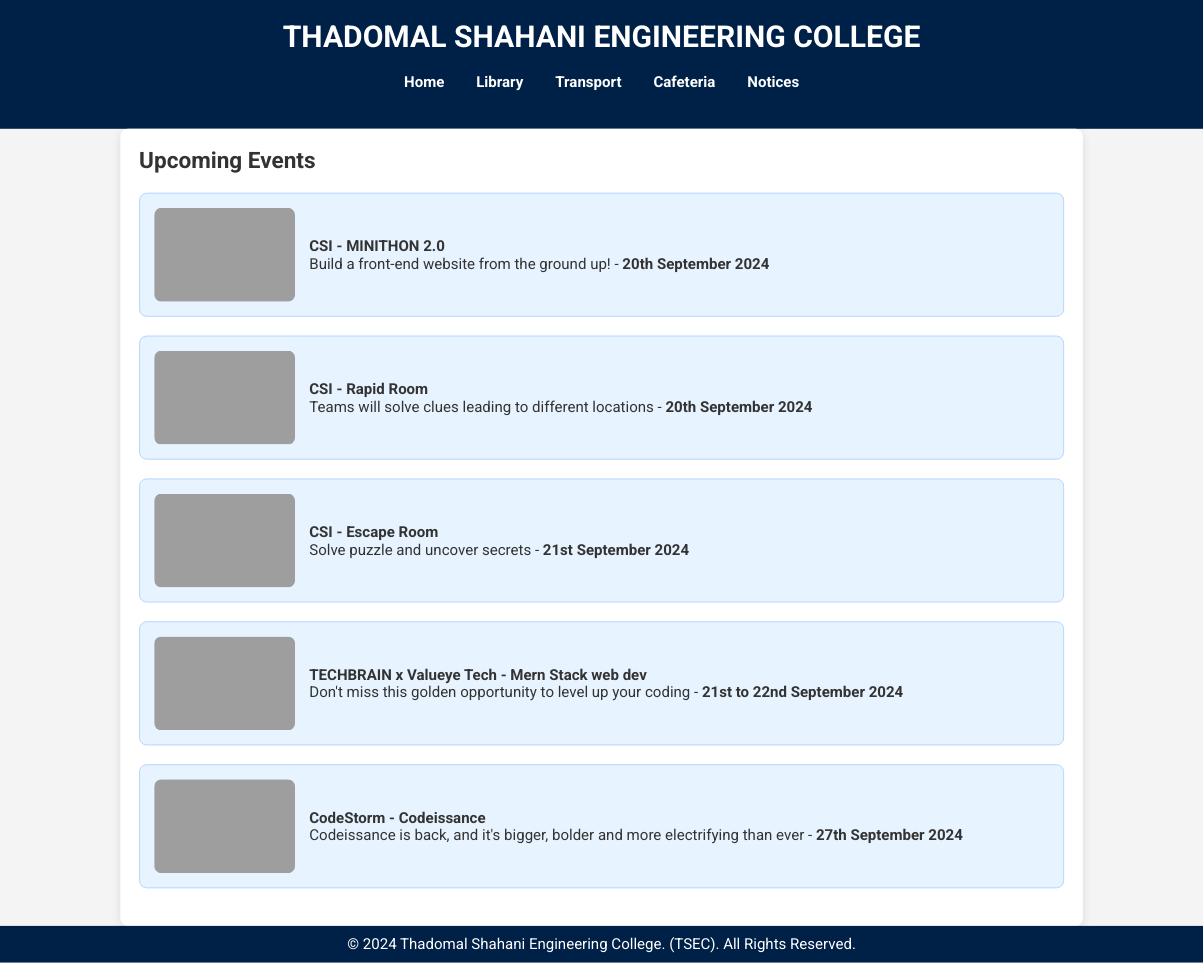
Repository: TejasS1233/MINITHON-hackathon-project
Page: Event.html
An editor plug-in stored every save of this project. The page is shown before and after the next save, followed by the edit.
The browser window is 1280 px wide. The pictures show the whole page, at 94% of full size.
Pictures or frames that could not be fetched are drawn as grey boxes.

Above is the page before, as saved 2024-09-20 10:46:59.

After the next save:
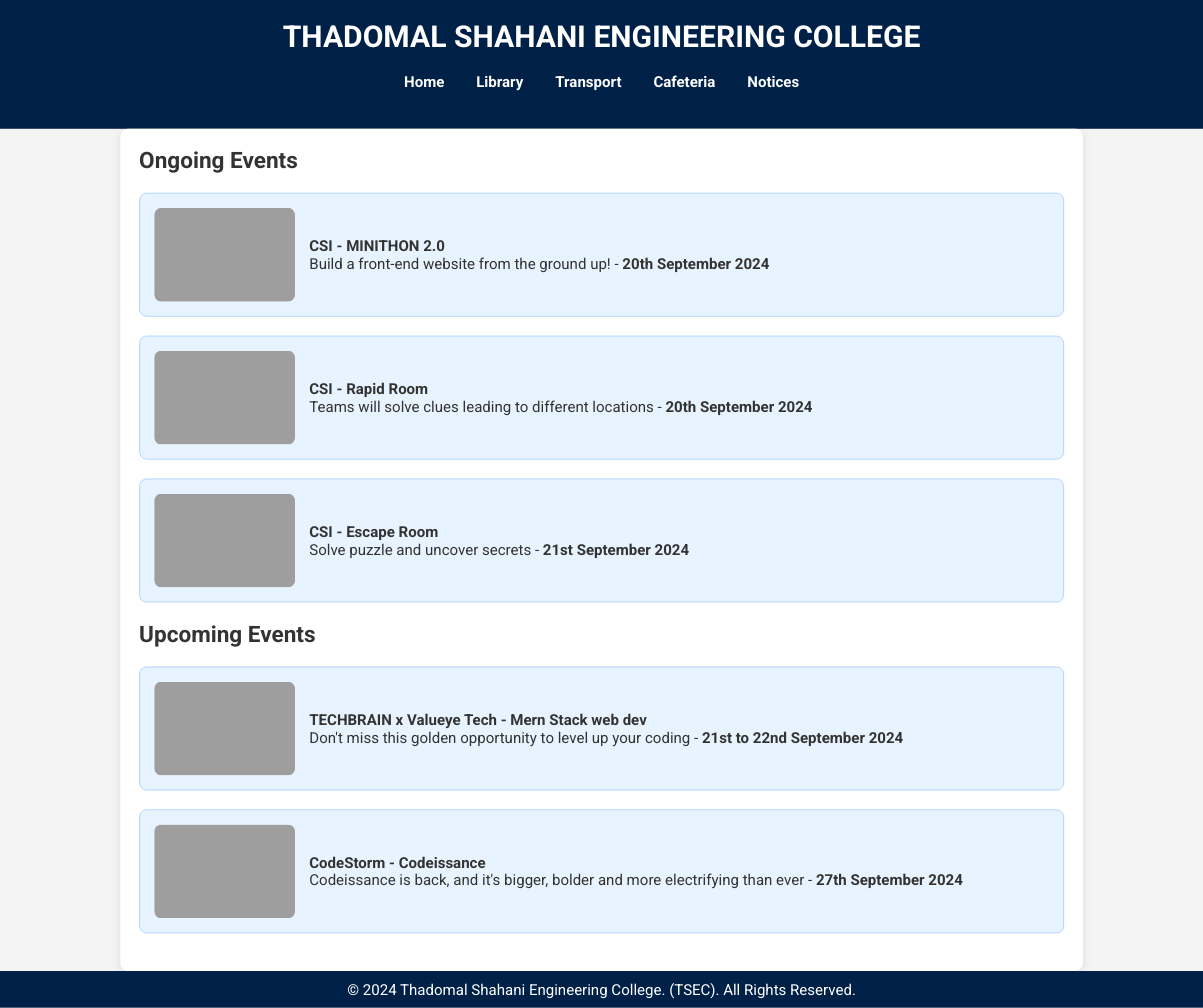
Saved 3 s later.
--- a/Event.html
+++ b/Event.html
@@ -88,8 +88,7 @@
     </header>
 
     <div class="container">
-        <h2>Upcoming Events</h2>
-
+        <h2>Ongoing Events</h2>
         <div class="event-card">
             <img src="https://tsec.edu/wp-content/uploads/2023/01/event1.jpg" alt="Event 1">
             <div>
@@ -113,7 +112,7 @@
                 <p>Solve puzzle and uncover secrets - <strong>21st September 2024</strong></p>
             </div>
         </div>
-
+        <h2>Upcoming Events</h2>
         <div class="event-card">
             <img src="https://tsec.edu/wp-content/uploads/2023/01/event4.jpg" alt="Event 4">
             <div>
